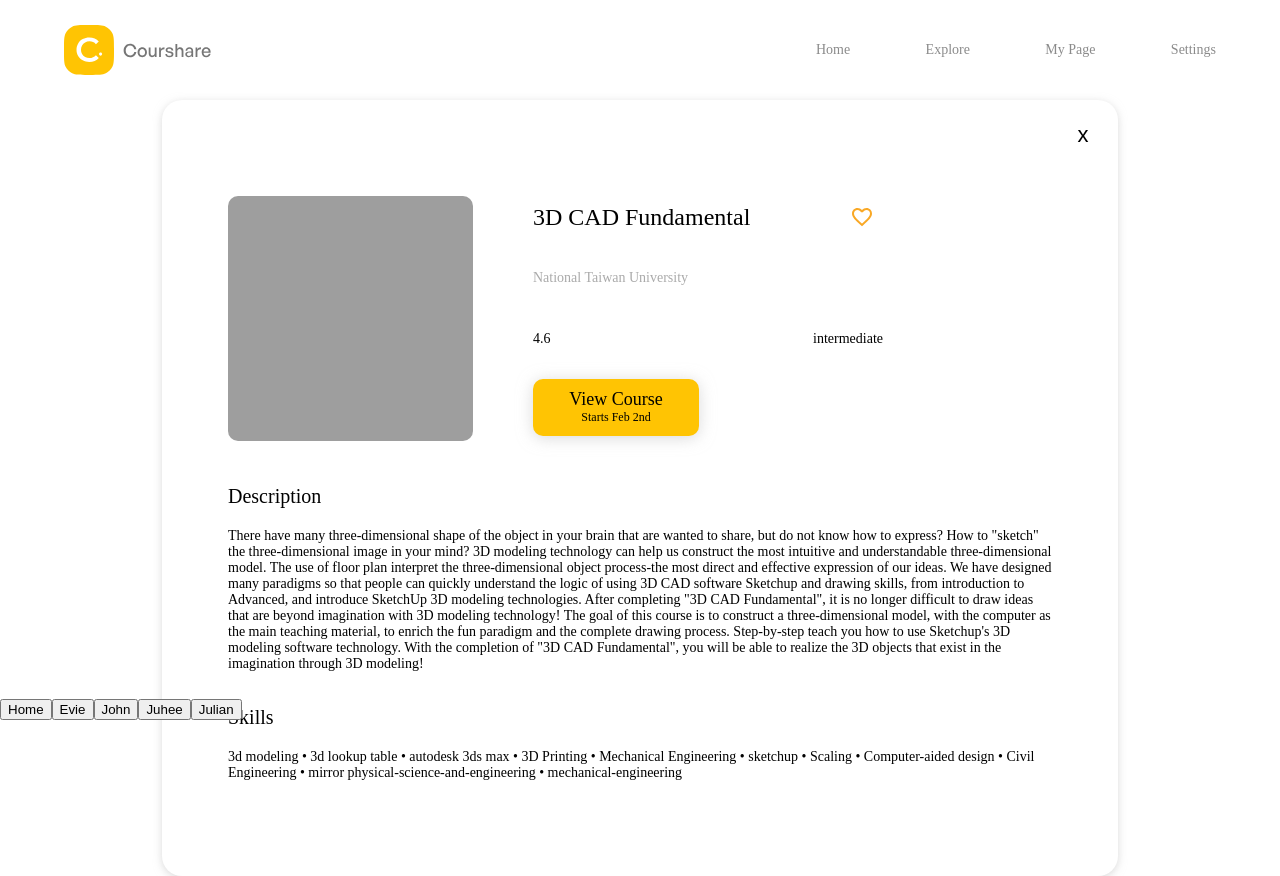
Repository: julianm09/courshare-app
Page: /comps/juhee
An editor plug-in stored every save of this project. The page is shown before and after the next save, followed by the edit.
The browser window is 1280 px wide. The pictures show the whole page.
Pictures or frames that could not be fetched are drawn as grey boxes. The project was rebuilt for these pictures with package versions that can differ from the ones it lists, and the page was loaded fresh each time. The framework's server and built-in components were replaced by stand-ins that run in the browser. Also part of the build but not shown: next.config.js.

Above is the page before, as saved 2022-02-07 15:06:28.

After the next save:
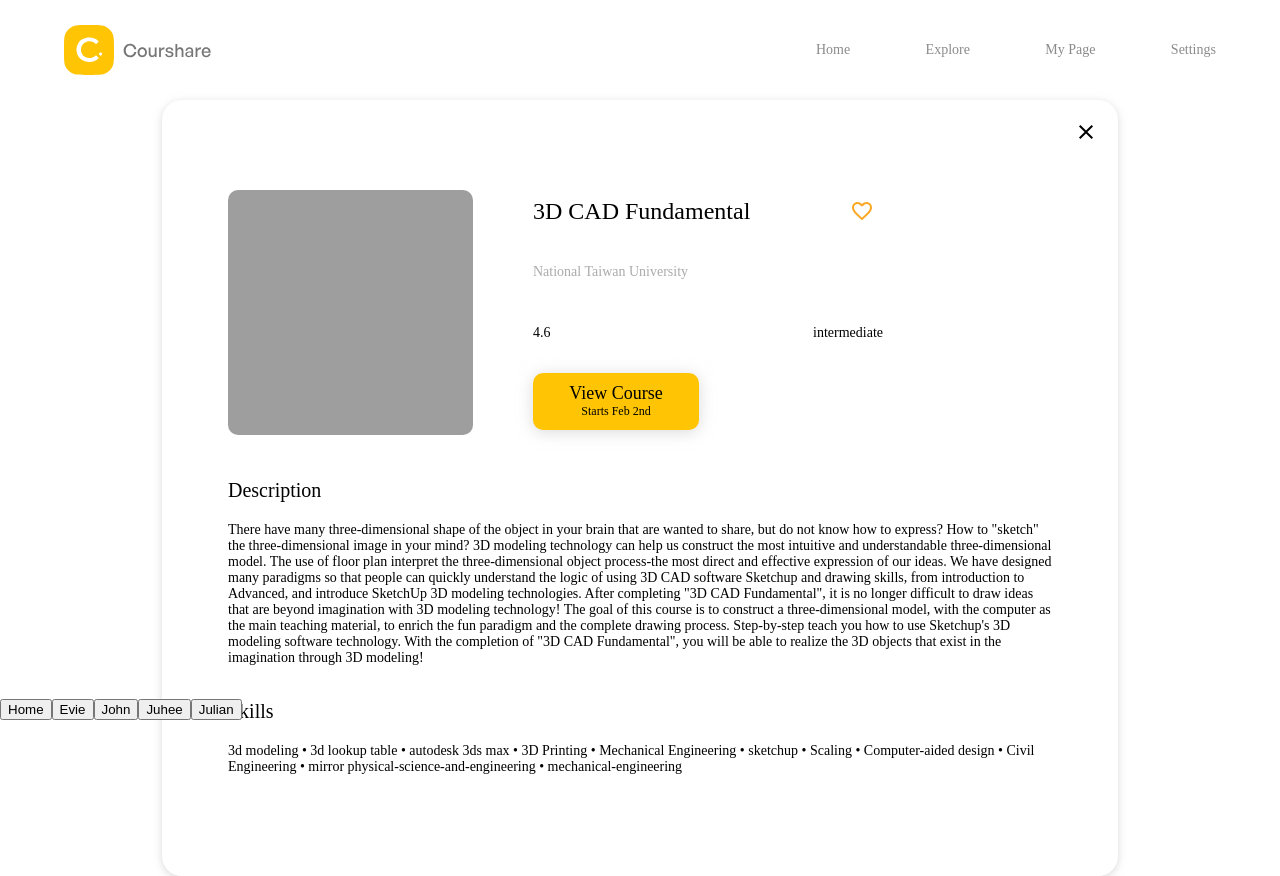
Saved 14 s later.
--- a/components/CourseDetailCard.js
+++ b/components/CourseDetailCard.js
@@ -97,7 +97,7 @@ export default function CourseDetailCard({
   return (
     <BigCont>
       <ButtonCont>
-        <XButton>x</XButton>
+        <CloseIcon />
       </ButtonCont>
       <ContentCont>
         <FristCont>
